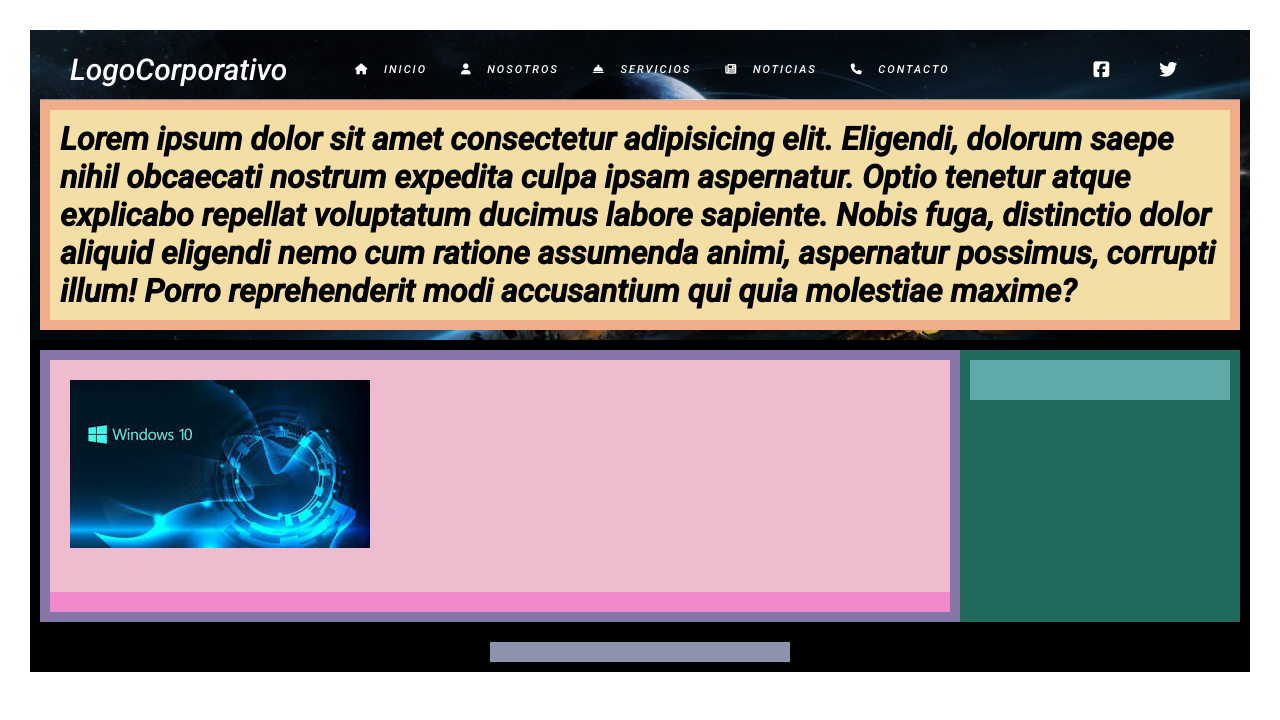
Repository: Aldo-DT/landingGree
Page: 2 CSS/pagina.html
These files come from the project's save history. The page is drawn as it stood at one moment and after the next save; the edit follows.
The browser window is 1280 px wide. The pictures show the whole page.
Some web libraries are served in a nearby version.

Above is the page before, as saved 2020-09-16 19:28:36.

### 2 CSS/pagina.html
<!DOCTYPE html>
<html lang="es">

<head>
    <meta charset="UTF-8">
    <meta name="viewport" content="width=device-width, initial-scale=1.0">
    <title>Document</title>
    <script src="https://kit.fontawesome.com/aaa9827a81.js" crossorigin="anonymous"></script>
    <link rel="stylesheet" href="css/font-awesome.min.css">
    <link href="https://fonts.googleapis.com/css2?family=Roboto:ital,wght@1,500&display=swap" rel="stylesheet">
    <link rel="stylesheet" href="css/pagina.css">
</head>

<body>
    <div class="padre">
        <header class="header">
            <div class="menu">
                <div class="logo">
                    <a href="index.html">LogoCorporativo</a>
                </div>
                <nav class="nav">
                    <a href="#"><i class="fas fa-home"></i> Inicio</a>
                    <a href="#"><i class="fas fa-user"></i> Nosotros</a>
                    <a href="#"><i class="fas fa-concierge-bell"></i> Servicios</a>
                    <a href="#"><i class="fas fa-newspaper"></i> Noticias</a>
                    <a href="#"><i class="fas fa-phone"></i> Contacto</a>
                </nav>
                <div class="social">
                    <div>
                        <a href="#">
                            <i class="fab fa-facebook-square"></i>
                        </a>
                    </div>
                    <div>
                        <a href="#">
                            <i class="fab fa-twitter"></i>
                        </a>
                    </div>
                </div>
            </div>
            <div class="texto-principal">
                <h1>Lorem ipsum dolor sit amet consectetur adipisicing elit. Eligendi, dolorum saepe nihil obcaecati nostrum expedita culpa ipsam aspernatur. Optio tenetur atque explicabo repellat voluptatum ducimus labore sapiente. Nobis fuga, distinctio
                    dolor aliquid eligendi nemo cum ratione assumenda animi, aspernatur possimus, corrupti illum! Porro reprehenderit modi accusantium qui quia molestiae maxime?</h1>
            </div>
        </header>
        <section class="section">
            <div class="articulos">
                <article class="article">
                    <img src="imagenes/2.jpg" alt="">
                </article>
                <article class="article"></article>
                <article class="article"></article>
                <article class="article"></article>
                <nav class="navegacion"></nav>
            </div>
            <aside class="aside">
                <div class="publicidad"></div>
                <div class="publicidad"></div>
            </aside>
        </section>
        <footer class="footer">
            <nav class="pie"></nav>
        </footer>
    </div>
</body>

</html>

### 2 CSS/css/pagina.css
* {
    margin: 0px;
    padding: 10px;
    box-sizing: border-box;
}

body {
    font-family: 'Roboto', sans-serif;
}

a {
    text-decoration: none;
}

.padre {
    display: flex;
    flex-flow: column nowrap;
}

.header {
    background: url(../imagenes/bg-2.jpg);
    background-position: center;
    background-size: cover;
    display: flex;
    flex-flow: column nowrap;
}

.menu {
    background: rgba(0, 0, 0, .1);
    display: flex;
    flex-flow: row nowrap;
    height: 60px;
    align-items: center;
    border-bottom: 1px solid rgba(255, 255, 255, .5);
}

.logo {
    flex: 1 1 auto;
}

.logo a {
    color: #fff;
    font-size: 30px;
}

.logo a:hover {
    color: #343434;
}

.nav {
    flex: 5 1 auto;
}

.nav a {
    color: #fff;
    font-size: 11px;
    text-transform: uppercase;
    padding: 0 10px;
    letter-spacing: 2px;
}

.nav a:hover {
    color: #343434;
}

.social {
    flex: 1 1 auto;
    display: flex;
}

.social a {
    font-size: 18px;
    color: #fff;
    padding: 0 5px;
}

.social a:hover {
    color: #343434;
}

.texto-principal {
    background: #f0ad8b;
}

h1 {
    background: #f3dea6;
}

.section {
    background: #000;
    display: flex;
}

.articulos {
    background: #8675a9;
    flex: 2 1 auto;
    display: flex;
    flex-flow: row wrap;
}

.article {
    background: #efbbcf;
    flex: 1 1 40%;
}

.navegacion {
    background: #f188c9;
    flex: 1 1 100%;
}

.aside {
    background: #206a5d;
    flex: 1 1 auto;
}

.publicidad {
    background: #5eaaa8;
}

.footer {
    background: #000;
    display: flex;
    justify-content: center;
}

.pie {
    background: #8d93ab;
    width: 300px;
}

@media all and (max-width: 800px) {
    .section {
        flex-direction: column;
    }
    .menu {
        flex-direction: column;
        height: auto;
    }
    .aside {
        display: flex;
        justify-content: center;
    }
}

@media all and (max-width: 600px) {
    .articulos {
        flex-direction: column;
    }
}

@media all and (max-width: 400px) {
    .aside {
        flex-direction: column;
    }
}

Loaded but not shown: 2 CSS/css/font-awesome.min.css (library)

After the next save:
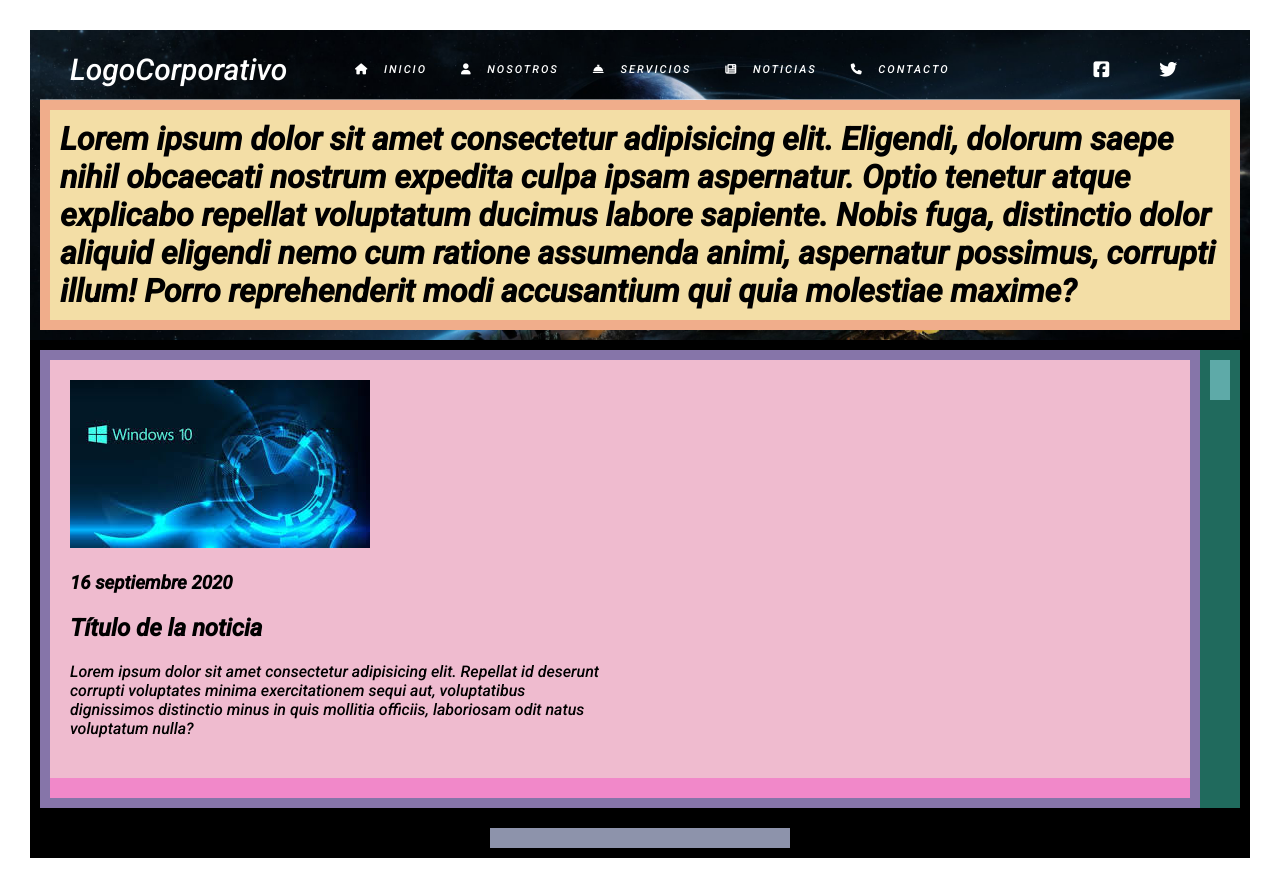
Saved 108 s later.
--- a/2 CSS/pagina.html
+++ b/2 CSS/pagina.html
@@ -47,6 +47,10 @@
             <div class="articulos">
                 <article class="article">
                     <img src="imagenes/2.jpg" alt="">
+                    <h3>16 septiembre 2020</h3>
+                    <h2>Título de la noticia</h2>
+                    <p>Lorem ipsum dolor sit amet consectetur adipisicing elit. Repellat id deserunt corrupti voluptates minima exercitationem sequi aut, voluptatibus dignissimos distinctio minus in quis mollitia officiis, laboriosam odit natus voluptatum
+                        nulla?</p>
                 </article>
                 <article class="article"></article>
                 <article class="article"></article>
